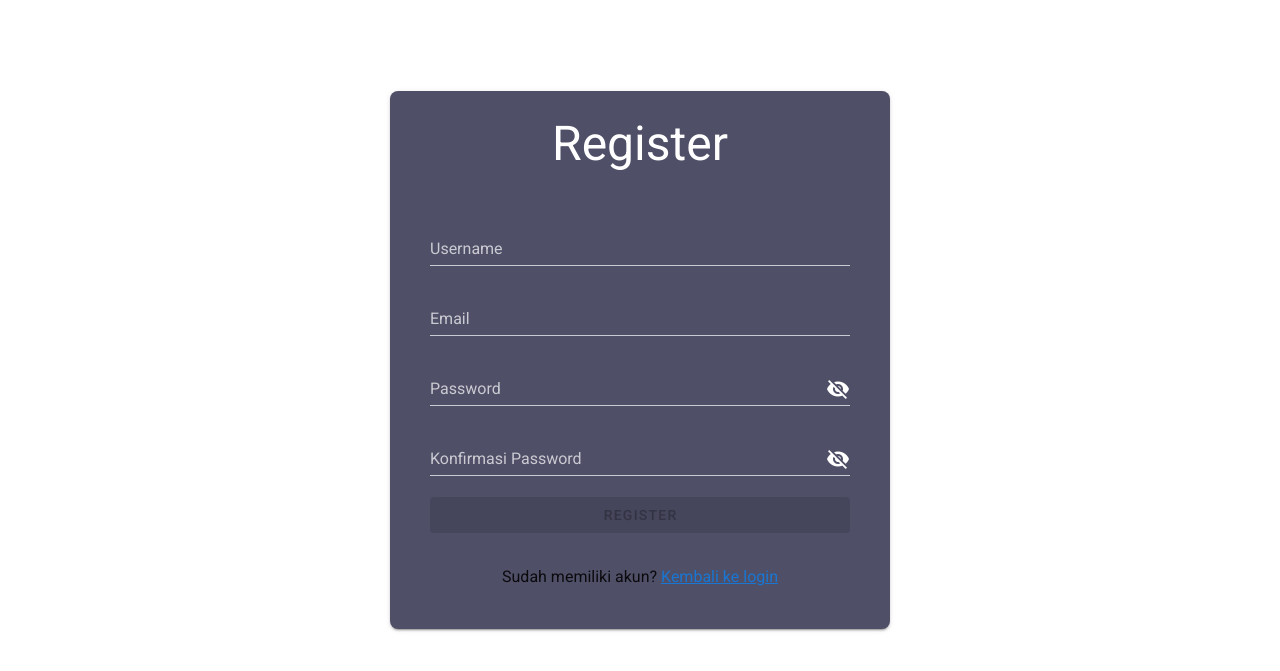
Repository: wildanpurnomo/kulia-fe
Page: /register
These files come from the project's save history. The page is drawn as it stood at one moment and after the next save; the edit follows.
The browser window is 1280 px wide. The pictures show the whole page.
The page's requests for data from a server got no answer. The project was rebuilt for these pictures with package versions that can differ from the ones it lists, and the page was loaded fresh each time. No one was signed in, and anything a server would have sent is missing. Also part of the build but not shown: vue.config.js. Imported but missing from the stored project, and not drawn on this page: src/views/partials/main/MyProfile.vue.

Above is the page before, as saved 2020-11-27 22:37:52.

After the next save:
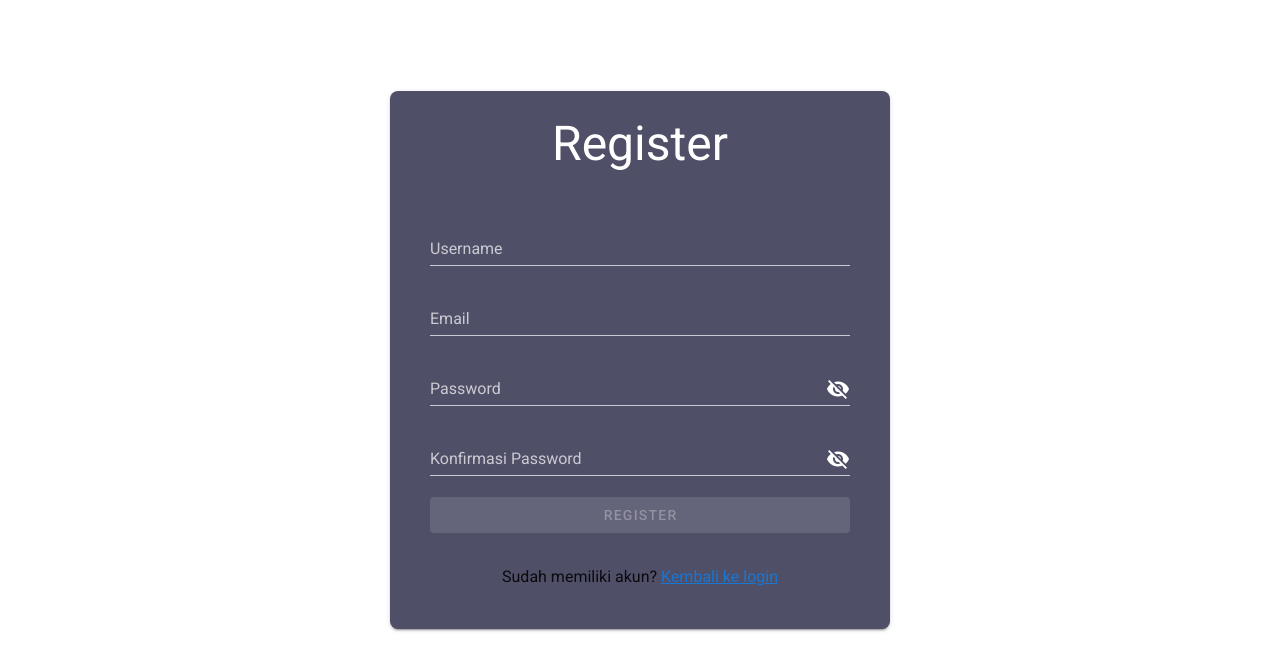
Saved 42 s later.
--- a/src/views/partials/auth/Register.vue
+++ b/src/views/partials/auth/Register.vue
@@ -56,6 +56,7 @@
                   :disabled="!isFormValid || isFormLoading"
                   :loading="isFormLoading"
                   @click.prevent="register"
+                  dark
                   >Register</v-btn
                 >
               </div>
